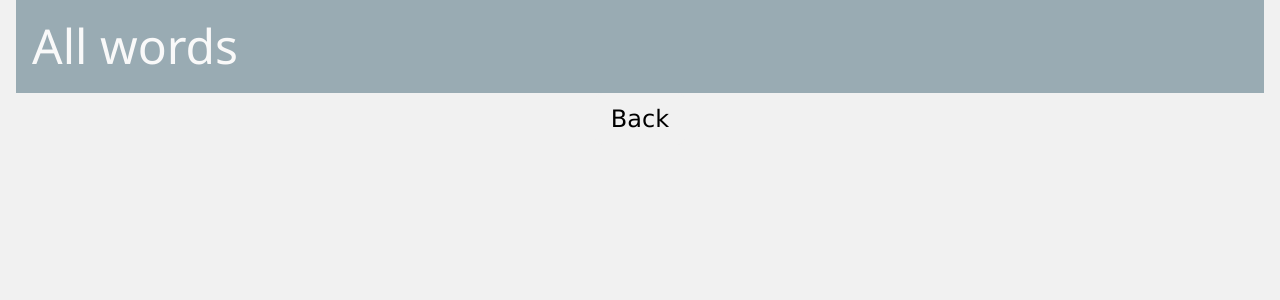
Repository: OleksandrDoskaliukKN313/IIC
Page: http://localhost/WebDictionary/allWords
The author's editor kept a copy of each file at every save. The page is drawn from the files as they stood at one save, then again after the next save.
The browser window is 1280 px wide. The pictures show the whole page.
The page is served by Tomcat 9. Other server files are loaded and not shown. Queries for data that is not in the repository find no rows.

Above is the page before, as saved 2020-10-12 10:12:36.

### WebDictionary/WebContent/allWords.jsp
<%@page import="java.io.PrintWriter"%>
<%@page import="java.sql.ResultSet"%>
<%@ page language="java" contentType="text/html; charset=utf-8"
    pageEncoding="ISO-8859-1"%>

<%@page import = "database.DatabaseFacade" %>
<!DOCTYPE html>
<html>
<head>
<meta charset="UTF-8">
<title>All words</title>
<link rel="stylesheet" href="w3.css">
</head>
<body class="w3-light-grey w3-xlarge w3-container w3-center">
<div class="w3-container w3-blue-grey w3-opacity w3-left-align 	">
        <h1 class = "w3-xxxlarge">All words</h1>
    </div>
<%

	ResultSet resultSet = DatabaseFacade.getStatment().executeQuery("SELECT * FROM words.words");
	while(resultSet.next())
	{
		out.println(resultSet.getString(1) + " - " + resultSet.getString(2)+"<br>");
	}

%>
<button class="w3-btn w3-hover-red w3-round-large" onclick="location.href='index.html'">Back</button>
</body>
</html>

### WebDictionary/src/servlets/AllWords.java
package servlets;

import java.io.IOException;

import javax.servlet.RequestDispatcher;
import javax.servlet.ServletException;
import javax.servlet.http.HttpServlet;
import javax.servlet.http.HttpServletRequest;
import javax.servlet.http.HttpServletResponse;

import org.omg.CORBA.Request;

/**
 * Servlet implementation class AllWords
 */
public class AllWords extends HttpServlet {
	@Override
	protected void doGet(HttpServletRequest req, HttpServletResponse resp) throws ServletException, IOException {

		RequestDispatcher requestDispatcher =req.getRequestDispatcher("allWords.jsp");

		requestDispatcher.forward(req, resp);
	}

}

### WebDictionary/src/database/DatabaseFacade.java
package database;


import java.sql.Connection;
import java.sql.DriverManager;
import java.sql.SQLException;
import java.sql.Statement;

public class DatabaseFacade {
	private static Statement statement=null;
	private DatabaseFacade() {
		getStatment();
	}

	public static Statement getStatment()
	{
		if(statement==null)
		{
			try
			{
				Connection connection = DriverManager.getConnection("jdbc:postgresql://localhost:5432/dictionary","postgres","1234");
				statement = connection.createStatement();
				return statement;

			} catch (SQLException e) {

				System.out.println("Connection Failure!");
				e.printStackTrace();
				return null;
			}
		}
		else return statement;

	}
}

Loaded but not shown: WebDictionary/WebContent/w3.css (library)

After the next save:
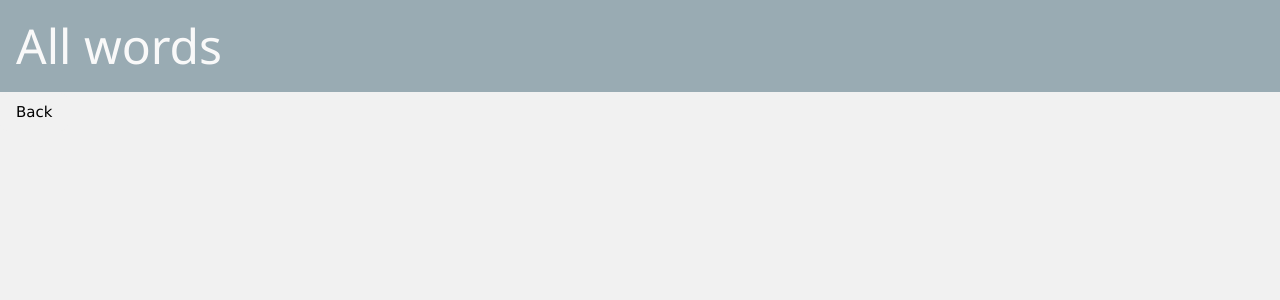
Saved 55 s later.
--- a/WebDictionary/WebContent/allWords.jsp
+++ b/WebDictionary/WebContent/allWords.jsp
@@ -11,11 +11,12 @@
 <title>All words</title>
 <link rel="stylesheet" href="w3.css">
 </head>
-<body class="w3-light-grey w3-xlarge w3-container w3-center">
+<body class="w3-light-grey ">
 <div class="w3-container w3-blue-grey w3-opacity w3-left-align 	">
         <h1 class = "w3-xxxlarge">All words</h1>
     </div>
-<%
+    <div class = "w3-xlarge w3-container w3-center">
+    <%
 
 	ResultSet resultSet = DatabaseFacade.getStatment().executeQuery("SELECT * FROM words.words");
 	while(resultSet.next())
@@ -24,6 +25,8 @@
 	}
 
 %>
+
+</div>
 <button class="w3-btn w3-hover-red w3-round-large" onclick="location.href='index.html'">Back</button>
 </body>
 </html>
